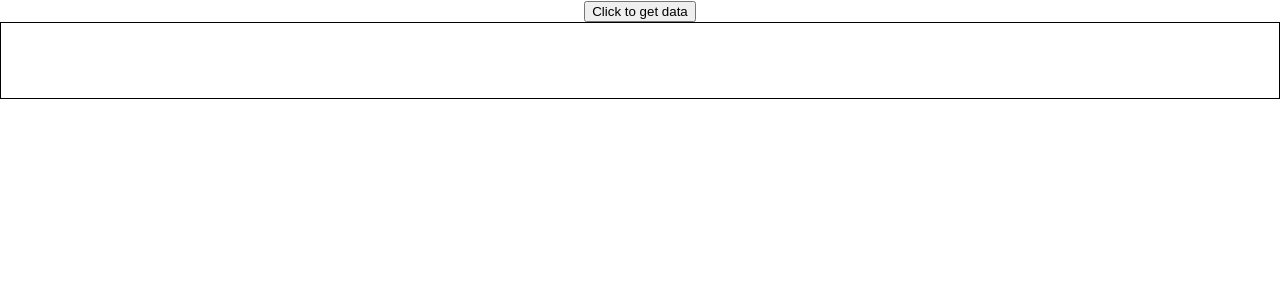
Repository: xxk3990/xander-michelle-react
Page: / (app in react-app/)
An editor plug-in stored every save of this project. The page is shown before and after the next save, followed by the edit.
The browser window is 1280 px wide. The pictures show the whole page.
The page's requests for data from a server got no answer. The project was rebuilt for these pictures with package versions that can differ from the ones it lists, and the page was loaded fresh each time. No one was signed in, and anything a server would have sent is missing. Also part of the build but not shown: react-app/src/call.js.

Above is the page before, as saved 2022-08-21 14:38:01.

After the next save:
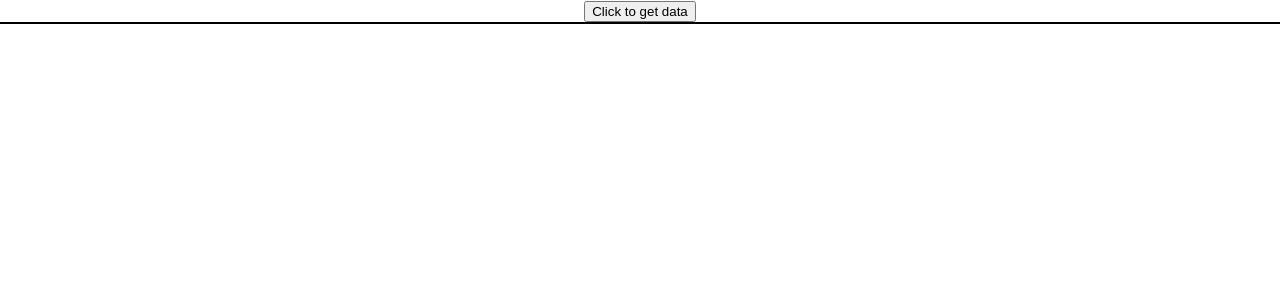
Saved 2 s later.
--- a/react-app/src/App.js
+++ b/react-app/src/App.js
@@ -7,7 +7,7 @@ function App() {
     <div className="App">
       <button type = "button" onClick ={meteorData.makeCall()}>Click to get data</button>
       <section className = "data-grid">
-      <h3>{meteorData.meteorName}</h3>
+
       </section>
     </div>
   );
